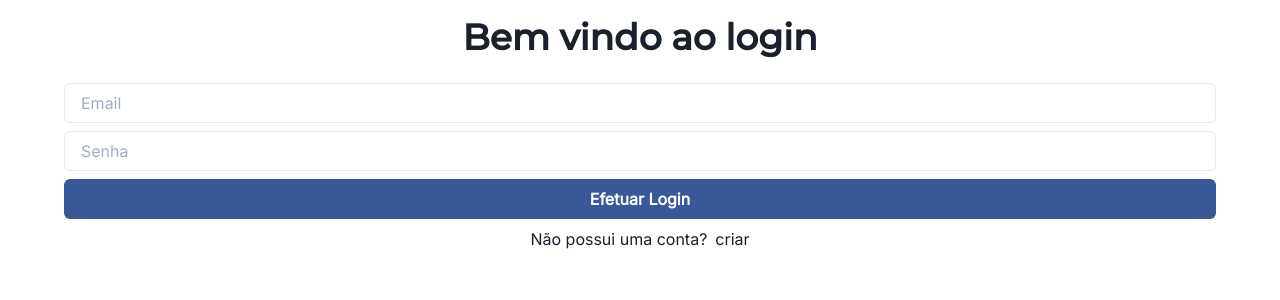
Repository: thislucasme/front-end-cats-react.js
Page: /login
An editor plug-in stored every save of this project. The page is shown before and after the next save, followed by the edit.
The browser window is 1280 px wide. The pictures show the whole page.
Some web fonts or font styles are not loaded; a fallback is used. The project was rebuilt for these pictures with package versions that can differ from the ones it lists, and the page was loaded fresh each time. Also part of the build but not shown: src/components/lista.gatos.tsx, src/hooks/useUserGato.ts, src/components/menu.tsx, src/hooks/useGatos.ts, src/components/BuscaGatos.tsx, src/components/CadastroUsuarioGato.tsx, src/components/CadastroGatos.tsx.

Above is the page before, as saved 2021-11-01 15:03:33.

### src/index.tsx
import { ColorModeScript } from "@chakra-ui/react"
import * as React from "react"
import ReactDOM from "react-dom"
import { App } from "./App"
import reportWebVitals from "./reportWebVitals"
import * as serviceWorker from "./serviceWorker"
import { ChakraProvider } from '@chakra-ui/react'
import theme from "./theme/theme";
import './theme/styles.css';

ReactDOM.render(
  <React.StrictMode>
    <ColorModeScript />
    <ChakraProvider theme={theme}>
      <App />
    </ChakraProvider>
  </React.StrictMode>,
  document.getElementById("root"),
)

// If you want your app to work offline and load faster, you can change
// unregister() to register() below. Note this comes with some pitfalls.
// Learn more about service workers: https://cra.link/PWA
serviceWorker.unregister()

// If you want to start measuring performance in your app, pass a function
// to log results (for example: reportWebVitals(console.log))
// or send to an analytics endpoint. Learn more: https://bit.ly/CRA-vitals
reportWebVitals()

### src/App.tsx
import React from "react";
import { AuthProvider } from "./context/auth";
import { RouteCommponent } from "./components/RouteComponent";
export const App: React.FC = () => {
  return (
    <AuthProvider>
      <RouteCommponent />
    </AuthProvider>
  );
}

### src/theme/theme.ts
import { extendTheme, theme as base } from '@chakra-ui/react';

const theme = extendTheme({
	colors: {
		vermelho: {
			50: '#e60000',
			100: '#cc0000',
			200: '#b30000',
			300: '#990000',
			400: '#890000',
			500: '#890000',
			600: '#890000',
			700: '#890000',
			800: '#890000',
			900: '#890000',
		}
	},
	fonts: {
		heading: `Montserrat, ${base.fonts?.heading}`,
		body: `Inter, ${base.fonts?.body}`
	}
});

export default theme;

### src/theme/styles.css
@import url('https://fonts.googleapis.com/css2?family=Fruktur&family=Montserrat:wght@500&display=swap');
@import url('https://fonts.googleapis.com/css2?family=Inter&display=swap');

### src/context/auth.tsx
import React, { createContext, useContext, useEffect, useState } from "react";
import { api } from '../lib/api';

interface AuthContextData {
	signed: boolean;
	Login(email: string, senha: string): Promise<void>;
}
const AuthContext = createContext<AuthContextData>({} as AuthContextData);


export const AuthProvider: React.FC = ({ children }) => {

	const [user, setUser] = useState<object | null>();

	useEffect(() => {
		const storageUser = localStorage.getItem('@App:user');
		const storageToken = localStorage.getItem('@App:token');

		if (storageToken && storageUser) {
			setUser(JSON.parse(storageUser));
		}
	}, [])

	async function Login(email: string, senha: string) {
		const response = await api.post('/auth/login', {
			email,
			senha
		});
		if (response.data.access_token !== undefined) {
			setUser(response.data.user);
			localStorage.setItem('@App:token', response.data.access_token);
		}
		return response.data.access_token;
	}

	return (
		<AuthContext.Provider value={{ signed: Boolean(user), Login: Login }}>
			{children}
		</AuthContext.Provider>
	);
};

export function useAuth() {
	const context = useContext(AuthContext);
	return context;
}

export default AuthContext;

### src/components/RouteComponent.tsx
import React from 'react';
import { BrowserRouter, Route, Switch } from 'react-router-dom';
import { Login } from './Login';
import { Busca } from './BuscaGatos';
import { UserCadastro } from './CadastroUsuarioGato';
import { Cadastro } from './CadastroGatos';
export const RouteCommponent = () => {
	return (
		<BrowserRouter>
			<Switch>
				<Route path="/login" component={Login} />
				<Route path="/create-account" component={UserCadastro} />
				<Route path="/cadastro/gato" component={Cadastro} />
				<Route path="/" component={Busca} />
			</Switch>
		</BrowserRouter>
	);
}

### src/lib/api.ts
import axios from "axios";

export const apiEndPoint = 'http://localhost:3000';

export const api = axios.create({
	baseURL: apiEndPoint,

});


api.interceptors.request.use(
	config => {
		const token = localStorage.getItem('@App:token');

		console.log(token);
		if (token) {

			config.headers['Authorization'] = `Bearer ${token}`
		}

		return config;
	}
)
export const apiPostUserCat = async () => {
	try {
		const res = await api.post('/auth/user');
		return res;
	} catch (e) {
		return { data: null, error: e };
	}
}

### src/components/Login.tsx
import { Center, useToast, Text, Heading, Input, Button, VStack, HStack, Link } from "@chakra-ui/react";
import React, { useState } from "react";
import { useAuth } from "../context/auth";
export const Login = () => {

	const [email, setEmail] = useState('');
	const [senha, setSenha] = useState('');

	const toast = useToast();

	const context = useAuth();

	async function handleLogin() {
		const result = await context.Login(email, senha);
		if (result === undefined) {
			toast({
				title: "Login.",
				description: "Suas credenciais estão incorretas.",
				status: "error",
				duration: 2000,
				isClosable: true,
			})
			return;
		}
		openLink('/cadastro')
	}

	function openLink(url: string) {
		window.open(url, '_self')
	}
	return (
		<Center>
			<VStack w="full">

				<VStack w={{ sm: "90", md: "60%", lg: "90%" }}>
					<Heading my={4}>Bem vindo ao login</Heading>
					<Input value={email} onChange={(e) => { setEmail(e.target.value) }} placeholder="Email" />
					<Input value={senha} placeholder="Senha" onChange={(e) => setSenha(e.target.value)} type={"password"} />
					<Button colorScheme="facebook" onClick={() => { handleLogin() }} w="full">Efetuar Login</Button>
					<HStack><Text>Não possui uma conta? </Text><Link onClick={() => { openLink('/cadastro/user') }}>criar</Link></HStack>
				</VStack>
			</VStack>
		</Center>
	);
}

Loaded but not shown: public/index.html (common file); src/reportWebVitals.ts (common file); src/serviceWorker.ts (common file)

After the next save:
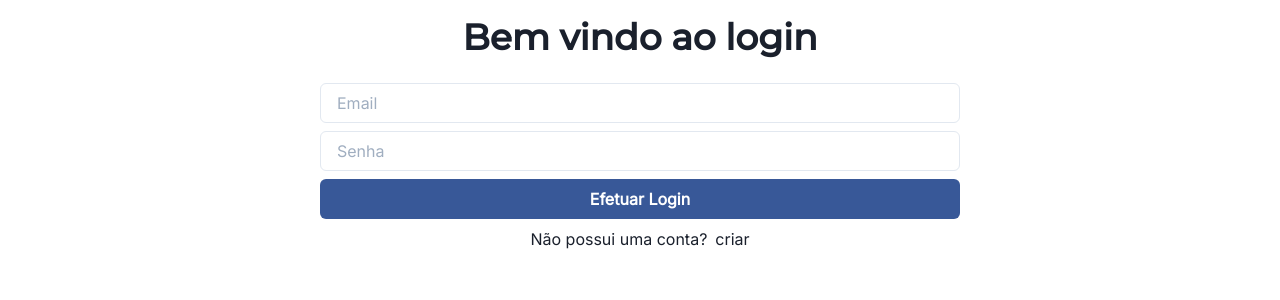
Saved 52 s later.
--- a/src/components/Login.tsx
+++ b/src/components/Login.tsx
@@ -32,7 +32,7 @@ export const Login = () => {
 		<Center>
 			<VStack w="full">
 
-				<VStack w={{ sm: "90", md: "60%", lg: "90%" }}>
+				<VStack w={{ sm: "90", md: "60%", lg: "50%" }}>
 					<Heading my={4}>Bem vindo ao login</Heading>
 					<Input value={email} onChange={(e) => { setEmail(e.target.value) }} placeholder="Email" />
 					<Input value={senha} placeholder="Senha" onChange={(e) => setSenha(e.target.value)} type={"password"} />
